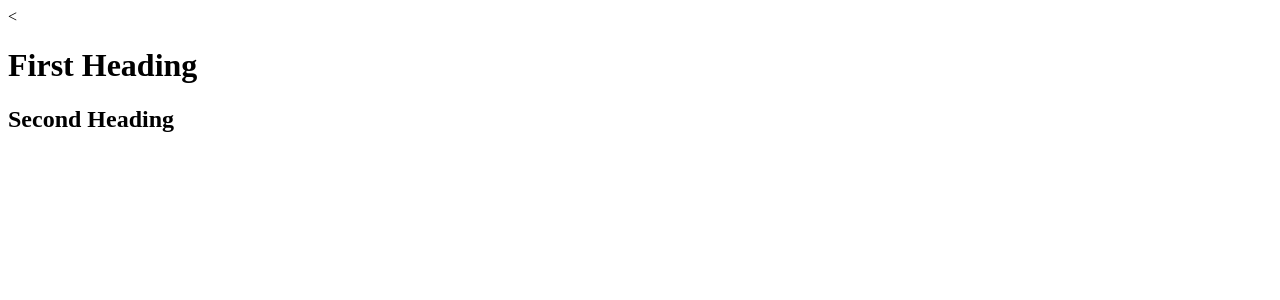
Repository: GAUTAM2349/NamasteReact
Page: index.html
The author's editor kept a copy of each file at every save. The page is drawn from the files as they stood at one save, then again after a run of saves.
The browser window is 1280 px wide. The pictures show the whole page.

Above is the page before, as saved 2024-01-10 04:00:21.

After the next 16 saves:
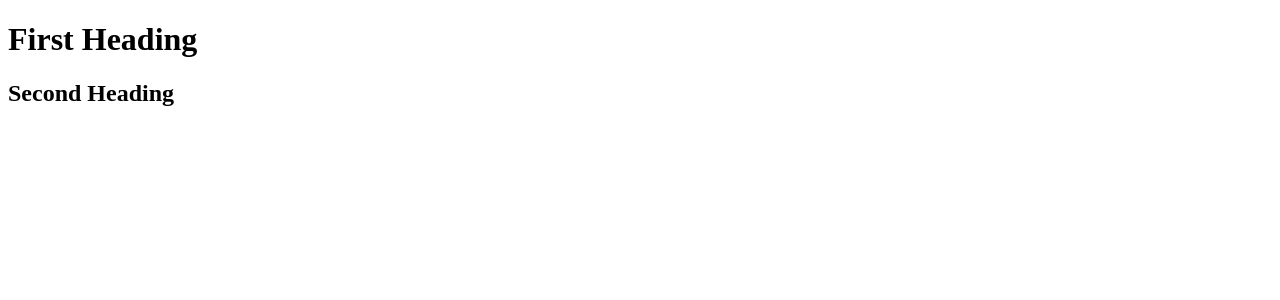
The 16 saves are shown as one change because they came seconds apart.
The last was saved 22 s later.
--- a/index.html
+++ b/index.html
@@ -3,7 +3,7 @@
   <head>
     <meta charset="UTF-8" />
     <meta name="viewport" content="width=device-width, initial-scale=1.0" />
-    <
+    <link rel="stylesheet" href="style.css">
     <title>Namaste React</title>
 
 
